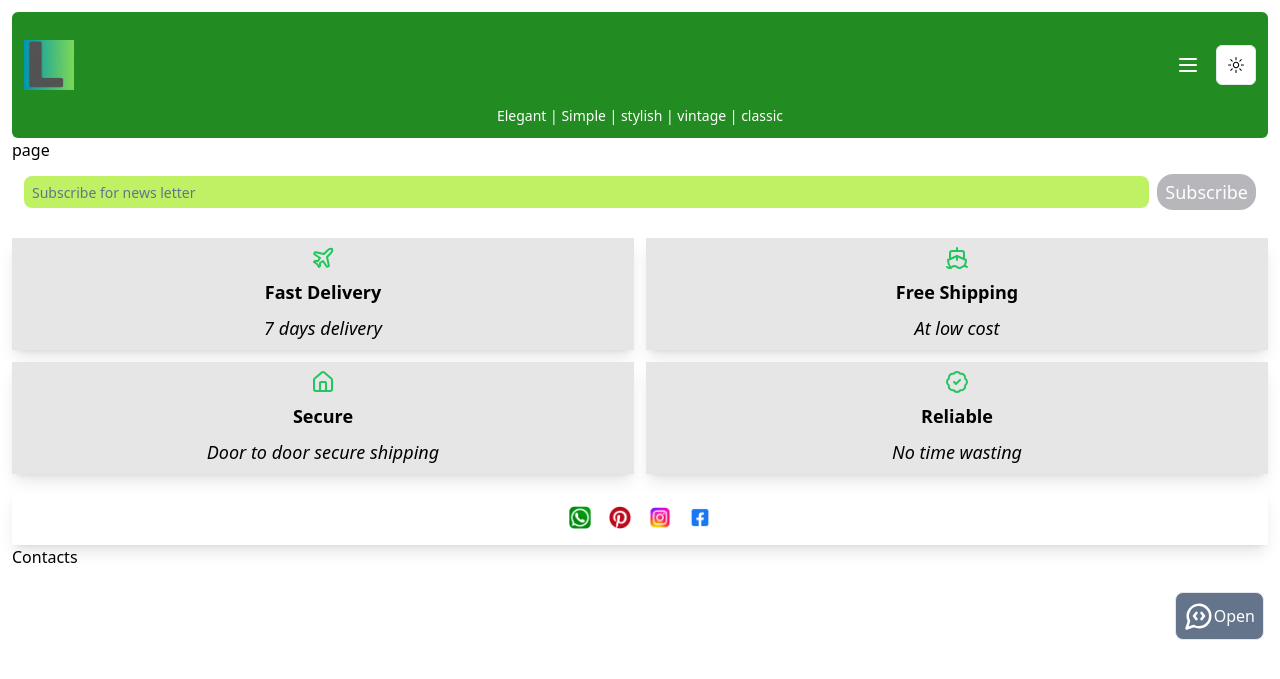
Repository: Semanmernstack/bisi-abejide
Page: /bb
The author's editor kept a copy of each file at every save. The page is drawn from the files as they stood at one save, then again after the next save.
The browser window is 1280 px wide. The pictures show the whole page.
The project was rebuilt for these pictures with package versions that can differ from the ones it lists, and the page was loaded fresh each time. The framework's server and built-in components were replaced by stand-ins that run in the browser. Also part of the build but not shown: next.config.mjs.

Above is the page before, as saved 2024-03-07 06:20:44.

After the next save:
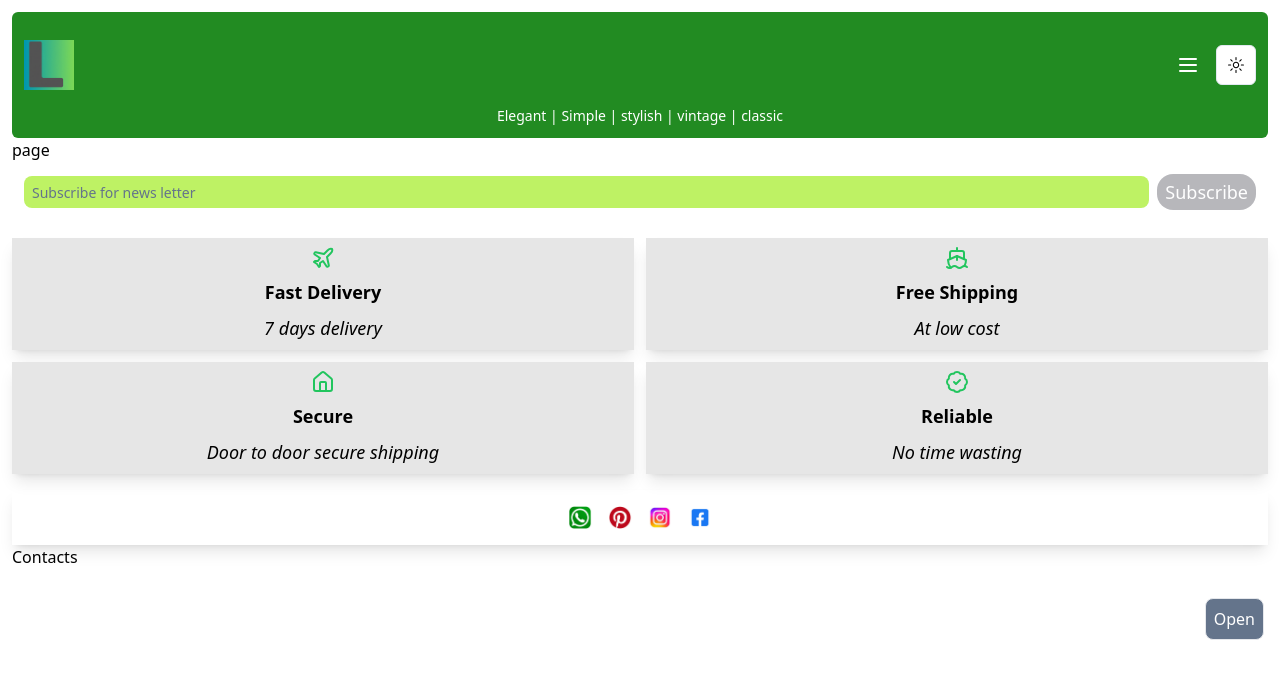
Saved 3 min 59 s later.
--- a/components/SubAi.tsx
+++ b/components/SubAi.tsx
@@ -21,11 +21,11 @@ function SubAi() {
   transition={{
       duration: 1,
   }}
-       className='flex items-center justify-between right-4 bottom-20 z-50 fixed  bg-slate-500 rounded-lg text-white  max-w-sm border p-2 '  >
-        <button onClick={() => setChatBoxOpen(true)}>
-        <MessageCircleCode size={30} />
-        </button>
-      <Ai open={chatBoxOpen} onClose={() => setChatBoxOpen(false)} />
+       className='flex items-center justify-between right-4 bottom-20 z-50 fixed  bg-slate-500 rounded-lg text-white  max-w-2xl border p-2 '  >
+
+
+
+      <Ai />
     </motion.div>
   )
 }
